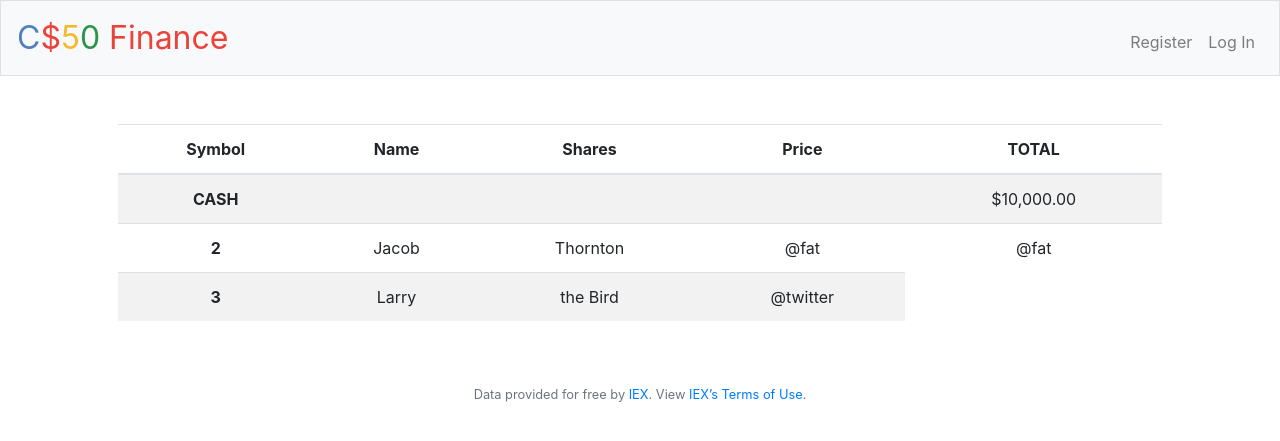
Repository: tavrora/cs50_ide
Page: pset8/finance/templates/apology.html
The author's editor kept a record of every edit. The page is drawn from the files as they stood at one moment, then again after the next edit.
The browser window is 1280 px wide. The pictures show the whole page.
The template is drawn by Flask 3. The application's start-up code is not run. The template is opened directly, without the code that normally fills it, so the values that code supplies are empty.

Above is the page before.

After the next edit:
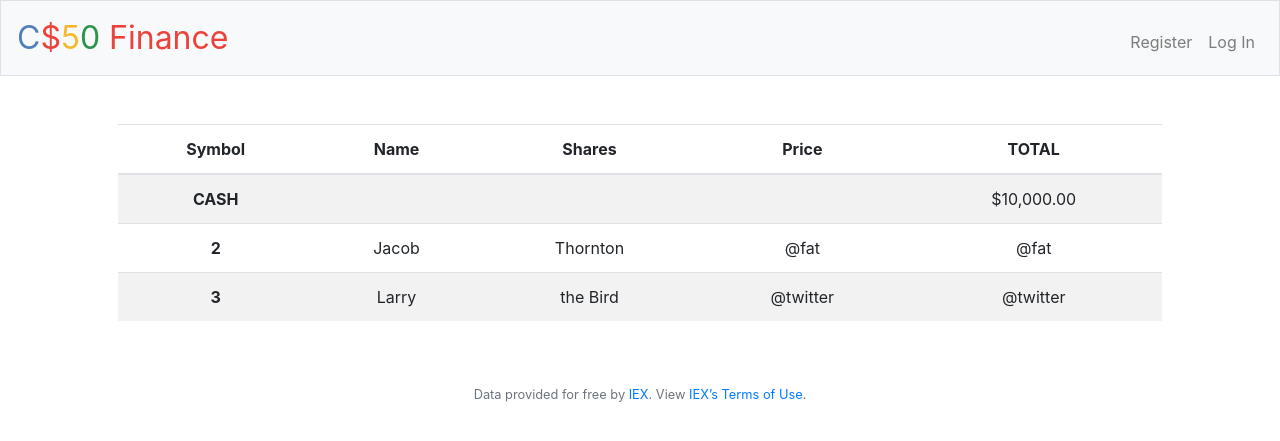
The edit:
--- a/pset8/finance/templates/apology.html
+++ b/pset8/finance/templates/apology.html
@@ -37,6 +37,7 @@
                 <td>Larry</td>
                 <td>the Bird</td>
                 <td>@twitter</td>
+                <td>@twitter</td>
             </tr>
         </tbody>
     </table>
